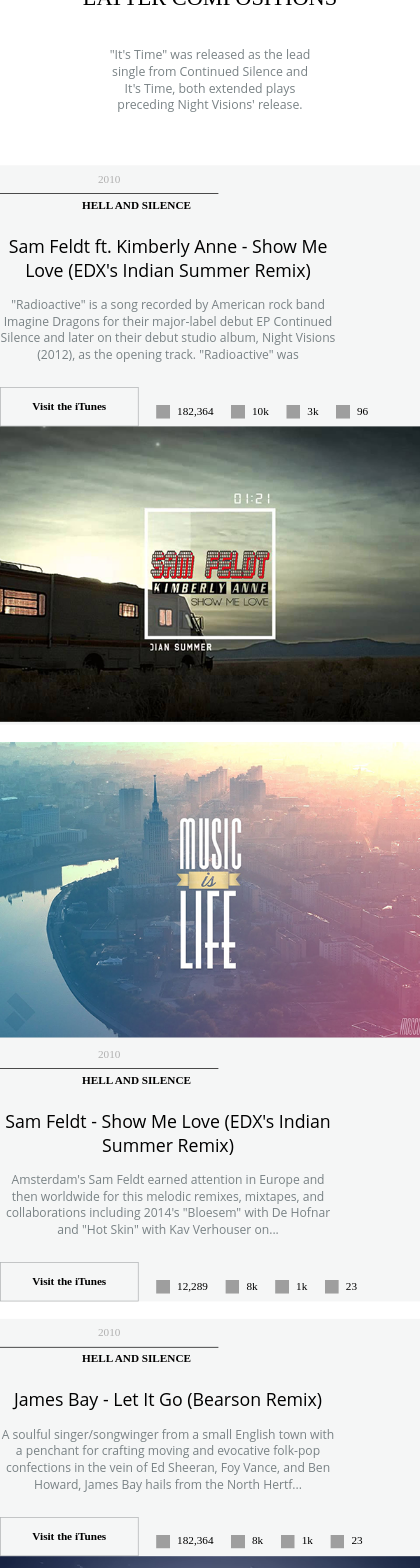
Repository: supsun7/Lab1_Update
Page: index.html
The author's editor kept a record of every edit. The page is drawn from the files as they stood at one moment, then again after the next edit.
The browser window is 600 px wide. The pictures show the part of the page from y = 4043 to 6283 px (the page is 11416 px tall before and 11766 px after), at 70% of full size.
Pictures or frames that could not be fetched are drawn as grey boxes. Some web fonts or font styles are not loaded; a fallback is used.

Above is the page before.

After the next edit:
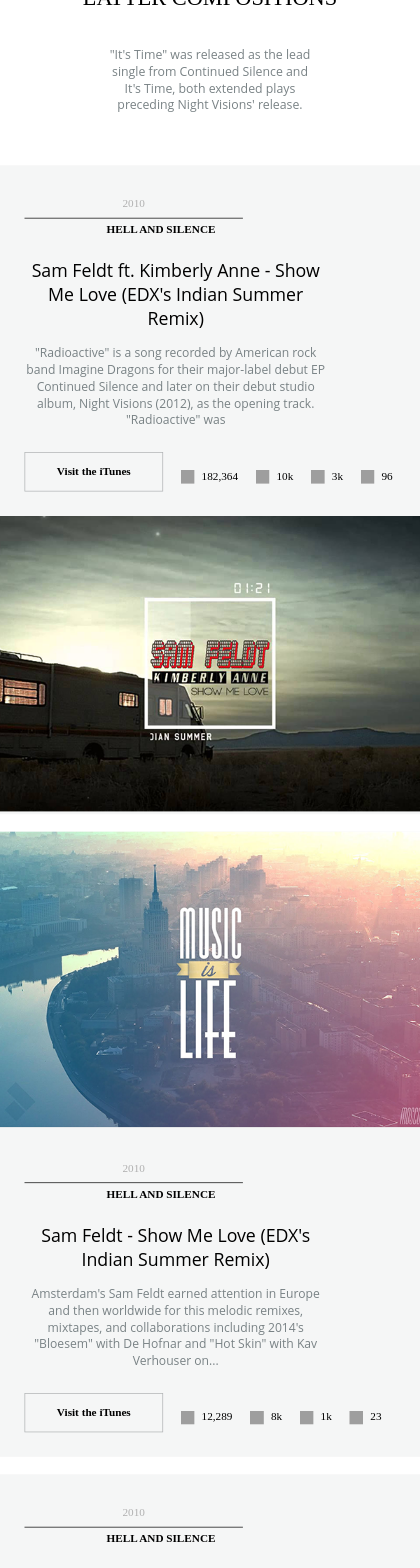
The edit:
--- a/app/css/main.css
+++ b/app/css/main.css
@@ -21,6 +21,9 @@
        .album {    width: 100%;}
         .history {min-height: 450px;}
         .upcoming_content {    margin-top: 15%;    width: 80%;    padding-left: 10%;}
+        .left_chip {  width: 90%;  padding: 35px;  float: left; }
+
+.right_chip {  width: 90%;  float: left; }
 }
 @media(max-width:1400px){
   .description {  width: 50%;}
